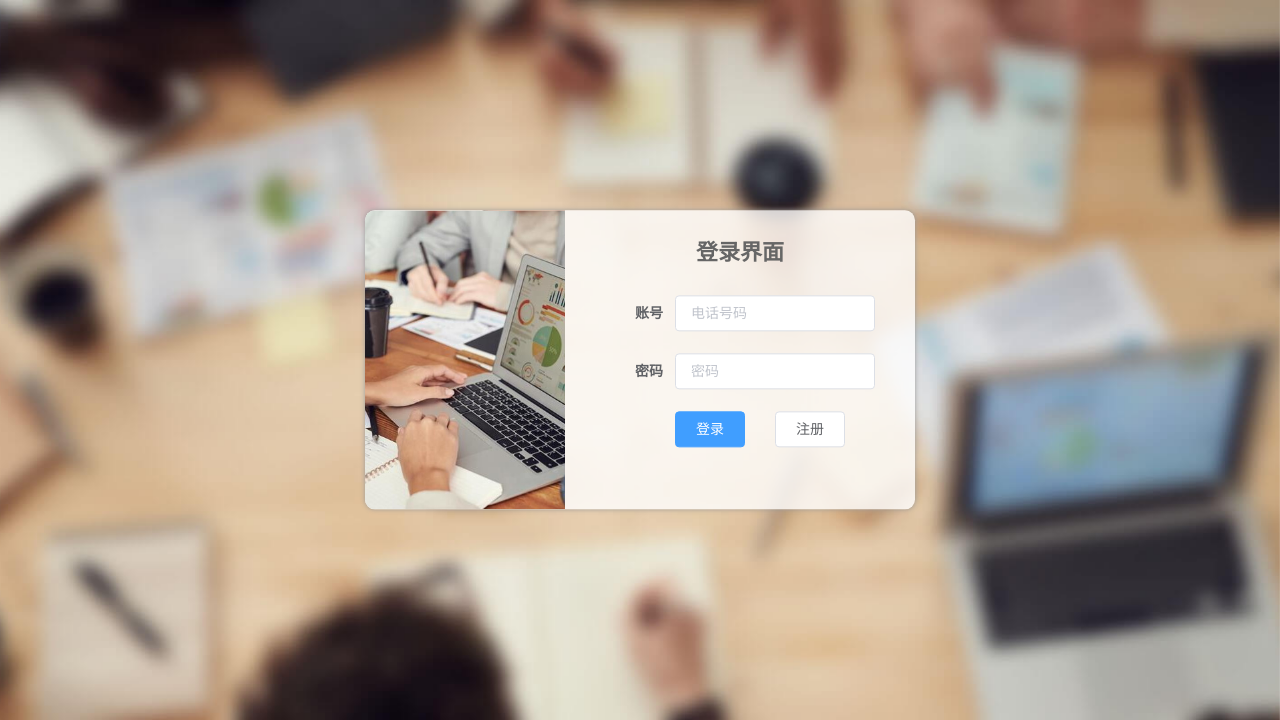
Repository: xiaoqigegeyou/water
Page: /
An editor plug-in stored every save of this project. The page is shown before and after the next save, followed by the edit.
The browser window is 1280 px wide. The pictures show the whole page.
Pictures or frames that could not be fetched are drawn as grey boxes. The project was rebuilt for these pictures with package versions that can differ from the ones it lists, and the page was loaded fresh each time. Also part of the build but not shown: vue.config.js, src/components/Breadcrumb/index.vue, src/components/Hamburger/index.vue, src/layout/components/Navbar.vue, src/layout/components/AppMain.vue, src/layout/components/index.js, src/layout/mixin/ResizeHandler.js, src/layout/index.vue and 2 more. Imported but missing from the stored project, and not drawn on this page: src/layout/components/Sidebar.

Above is the page before, as saved 2021-02-19 17:01:44.

### src/styles/index.scss
@import './variables.scss';
@import './mixin.scss';
@import './transition.scss';
@import './element-ui.scss';
@import './sidebar.scss';

body {
  height: 100%;
  -moz-osx-font-smoothing: grayscale;
  -webkit-font-smoothing: antialiased;
  text-rendering: optimizeLegibility;
  font-family: Helvetica Neue, Helvetica, PingFang SC, Hiragino Sans GB, Microsoft YaHei, Arial, sans-serif;
}

label {
  font-weight: 700;
}

html {
  height: 100%;
  box-sizing: border-box;
}

#app {
  height: 100%;
}

*,
*:before,
*:after {
  box-sizing: inherit;
}

a:focus,
a:active {
  outline: none;
}

a,
a:focus,
a:hover {
  cursor: pointer;
  color: inherit;
  text-decoration: none;
}

div:focus {
  outline: none;
}

.clearfix {
  &:after {
    visibility: hidden;
    display: block;
    font-size: 0;
    content: " ";
    clear: both;
    height: 0;
  }
}

// main-container global css
.app-container {
  padding: 20px;
}

### src/router/index.js
import Vue from 'vue'
import Router from 'vue-router'

Vue.use(Router)

/* Layout */
import Layout from '@/layout'

/**
 * Note: sub-menu only appear when route children.length >= 1
 * Detail see: https://panjiachen.github.io/vue-element-admin-site/guide/essentials/router-and-nav.html
 *
 * hidden: true                   if set true, item will not show in the sidebar(default is false)
 * alwaysShow: true               if set true, will always show the root menu
 *                                if not set alwaysShow, when item has more than one children route,
 *                                it will becomes nested mode, otherwise not show the root menu
 * redirect: noRedirect           if set noRedirect will no redirect in the breadcrumb
 * name:'router-name'             the name is used by <keep-alive> (must set!!!)
 * meta : {
    roles: ['admin','editor']    control the page roles (you can set multiple roles)
    title: 'title'               the name show in sidebar and breadcrumb (recommend set)
    icon: 'svg-name'/'el-icon-x' the icon show in the sidebar
    breadcrumb: false            if set false, the item will hidden in breadcrumb(default is true)
    activeMenu: '/example/list'  if set path, the sidebar will highlight the path you set
  }
 */

/**
 * constantRoutes
 * a base page that does not have permission requirements
 * all roles can be accessed
 */
export const constantRoutes = [
  {
    path: '/login',
    component: () => import('@/views/login/login'),
    hidden: true
  },
  {
    path: '/register',
    component: () => import('@/views/login/register'),
    hidden: true
  },
  {
    path: '/404',
    component: () => import('@/views/404'),
    hidden: true
  },

  {
    path: '/',
    component: Layout,
    redirect: '/dashboard',
    children: [{
      path: 'dashboard',
      name: 'Dashboard',
      component: () => import('@/views/dashboard/index'),
      meta: { title: 'Dashboard', icon: 'dashboard' }
    }]
  },

  {
    path: '/example',
    component: Layout,
    redirect: '/example/table',
    name: 'Example',
    meta: { title: 'Example', icon: 'el-icon-s-help' },
    children: [
      {
        path: 'table',
        name: 'Table',
        component: () => import('@/views/table/index'),
        meta: { title: 'Table', icon: 'table' }
      },
      {
        path: 'tree',
        name: 'Tree',
        component: () => import('@/views/tree/index'),
        meta: { title: 'Tree', icon: 'tree' }
      }
    ]
  },

  {
    path: '/form',
    component: Layout,
    children: [
      {
        path: 'index',
        name: 'Form',
        component: () => import('@/views/form/index'),
        meta: { title: 'Form', icon: 'form' }
      }
    ]
  },

  {
    path: '/nested',
    component: Layout,
    redirect: '/nested/menu1',
    name: 'Nested',
    meta: {
      title: 'Nested',
      icon: 'nested'
    },
    children: [
      {
        path: 'menu1',
        component: () => import('@/views/nested/menu1/index'), // Parent router-view
        name: 'Menu1',
        meta: { title: 'Menu1' },
        children: [
          {
            path: 'menu1-1',
            component: () => import('@/views/nested/menu1/menu1-1'),
            name: 'Menu1-1',
            meta: { title: 'Menu1-1' }
          },
          {
            path: 'menu1-2',
            component: () => import('@/views/nested/menu1/menu1-2'),
            name: 'Menu1-2',
            meta: { title: 'Menu1-2' },
            children: [
              {
                path: 'menu1-2-1',
                component: () => import('@/views/nested/menu1/menu1-2/menu1-2-1'),
                name: 'Menu1-2-1',
                meta: { title: 'Menu1-2-1' }
              },
              {
                path: 'menu1-2-2',
                component: () => import('@/views/nested/menu1/menu1-2/menu1-2-2'),
                name: 'Menu1-2-2',
                meta: { title: 'Menu1-2-2' }
              }
            ]
          },
          {
            path: 'menu1-3',
            component: () => import('@/views/nested/menu1/menu1-3'),
            name: 'Menu1-3',
            meta: { title: 'Menu1-3' }
          }
        ]
      },
      {
        path: 'menu2',
        component: () => import('@/views/nested/menu2/index'),
        name: 'Menu2',
        meta: { title: 'menu2' }
      }
    ]
  },

  {
    path: 'external-link',
    component: Layout,
    children: [
      {
        path: 'https://panjiachen.github.io/vue-element-admin-site/#/',
        meta: { title: 'External Link', icon: 'link' }
      }
    ]
  },

  // 404 page must be placed at the end !!!
  { path: '*', redirect: '/404', hidden: true }
]

const createRouter = () => new Router({
  mode: 'history', // require service support
  scrollBehavior: () => ({ y: 0 }),
  routes: constantRoutes
})

const router = createRouter()

// Detail see: https://github.com/vuejs/vue-router/issues/1234#issuecomment-357941465
export function resetRouter() {
  const newRouter = createRouter()
  router.matcher = newRouter.matcher // reset router
}

export default router

### src/permission.js
import router from './router'
import store from './store'
import { Message } from 'element-ui'
import NProgress from 'nprogress' // progress bar
import 'nprogress/nprogress.css' // progress bar style
import { getToken } from '@/utils/auth' // get token from cookie
import getPageTitle from '@/utils/get-page-title'

NProgress.configure({ showSpinner: false }) // NProgress Configuration

const whiteList = ['/login'] // no redirect whitelist

router.beforeEach(async(to, from, next) => {
  // start progress bar
  NProgress.start()

  // set page title
  document.title = getPageTitle(to.meta.title)

  // determine whether the user has logged in
  const hasToken = getToken()

  if (hasToken) {
    if (to.path === '/login') {
      // if is logged in, redirect to the home page
      next({ path: '/' })
      NProgress.done()
    } else {
      const hasGetUserInfo = store.getters.name
      if (hasGetUserInfo) {
        next()
      } else {
        try {
          // get user info
          await store.dispatch('user/getInfo')

          next()
        } catch (error) {
          // remove token and go to login page to re-login
          await store.dispatch('user/resetToken')
          Message.error(error || 'Has Error')
          next(`/login?redirect=${to.path}`)
          NProgress.done()
        }
      }
    }
  } else {
    /* has no token*/

    if (whiteList.indexOf(to.path) !== -1) {
      // in the free login whitelist, go directly
      next()
    } else {
      // other pages that do not have permission to access are redirected to the login page.
      next(`/login?redirect=${to.path}`)
      NProgress.done()
    }
  }
})

router.afterEach(() => {
  // finish progress bar
  NProgress.done()
})

### src/styles/transition.scss
// global transition css

/* fade */
.fade-enter-active,
.fade-leave-active {
  transition: opacity 0.28s;
}

.fade-enter,
.fade-leave-active {
  opacity: 0;
}

/* fade-transform */
.fade-transform-leave-active,
.fade-transform-enter-active {
  transition: all .5s;
}

.fade-transform-enter {
  opacity: 0;
  transform: translateX(-30px);
}

.fade-transform-leave-to {
  opacity: 0;
  transform: translateX(30px);
}

/* breadcrumb transition */
.breadcrumb-enter-active,
.breadcrumb-leave-active {
  transition: all .5s;
}

.breadcrumb-enter,
.breadcrumb-leave-active {
  opacity: 0;
  transform: translateX(20px);
}

.breadcrumb-move {
  transition: all .5s;
}

.breadcrumb-leave-active {
  position: absolute;
}

### src/styles/sidebar.scss
#app {

  .main-container {
    min-height: 100%;
    transition: margin-left .28s;
    margin-left: $sideBarWidth;
    position: relative;
  }

  .sidebar-container {
    transition: width 0.28s;
    width: $sideBarWidth !important;
    background-color: $menuBg;
    height: 100%;
    position: fixed;
    font-size: 0px;
    top: 0;
    bottom: 0;
    left: 0;
    z-index: 1001;
    overflow: hidden;

    // reset element-ui css
    .horizontal-collapse-transition {
      transition: 0s width ease-in-out, 0s padding-left ease-in-out, 0s padding-right ease-in-out;
    }

    .scrollbar-wrapper {
      overflow-x: hidden !important;
    }

    .el-scrollbar__bar.is-vertical {
      right: 0px;
    }

    .el-scrollbar {
      height: 100%;
    }

    &.has-logo {
      .el-scrollbar {
        height: calc(100% - 50px);
      }
    }

    .is-horizontal {
      display: none;
    }

    a {
      display: inline-block;
      width: 100%;
      overflow: hidden;
    }

    .svg-icon {
      margin-right: 16px;
    }

    .sub-el-icon {
      margin-right: 12px;
      margin-left: -2px;
    }

    .el-menu {
      border: none;
      height: 100%;
      width: 100% !important;
    }

    // menu hover
    .submenu-title-noDropdown,
    .el-submenu__title {
      &:hover {
        background-color: $menuHover !important;
      }
    }

    .is-active>.el-submenu__title {
      color: $subMenuActiveText !important;
    }

    & .nest-menu .el-submenu>.el-submenu__title,
    & .el-submenu .el-menu-item {
      min-width: $sideBarWidth !important;
      background-color: $subMenuBg !important;

      &:hover {
        background-color: $subMenuHover !important;
      }
    }
  }

  .hideSidebar {
    .sidebar-container {
      width: 54px !important;
    }

    .main-container {
      margin-left: 54px;
    }

    .submenu-title-noDropdown {
      padding: 0 !important;
      position: relative;

      .el-tooltip {
        padding: 0 !important;

        .svg-icon {
          margin-left: 20px;
        }

        .sub-el-icon {
          margin-left: 19px;
        }
      }
    }

    .el-submenu {
      overflow: hidden;

      &>.el-submenu__title {
        padding: 0 !important;

        .svg-icon {
          margin-left: 20px;
        }

        .sub-el-icon {
          margin-left: 19px;
        }

        .el-submenu__icon-arrow {
          display: none;
        }
      }
    }

    .el-menu--collapse {
      .el-submenu {
        &>.el-submenu__title {
          &>span {
            height: 0;
            width: 0;
            overflow: hidden;
            visibility: hidden;
            display: inline-block;
          }
        }
      }
    }
  }

  .el-menu--collapse .el-menu .el-submenu {
    min-width: $sideBarWidth !important;
  }

  // mobile responsive
  .mobile {
    .main-container {
      margin-left: 0px;
    }

    .sidebar-container {
      transition: transform .28s;
      width: $sideBarWidth !important;
    }

    &.hideSidebar {
      .sidebar-container {
        pointer-events: none;
        transition-duration: 0.3s;
        transform: translate3d(-$sideBarWidth, 0, 0);
      }
    }
  }

  .withoutAnimation {

    .main-container,
    .sidebar-container {
      transition: none;
    }
  }
}

// when menu collapsed
.el-menu--vertical {
  &>.el-menu {
    .svg-icon {
      margin-right: 16px;
    }
    .sub-el-icon {
      margin-right: 12px;
      margin-left: -2px;
    }
  }

  .nest-menu .el-submenu>.el-submenu__title,
  .el-menu-item {
    &:hover {
      // you can use $subMenuHover
      background-color: $menuHover !important;
    }
  }

  // the scroll bar appears when the subMenu is too long
  >.el-menu--popup {
    max-height: 100vh;
    overflow-y: auto;

    &::-webkit-scrollbar-track-piece {
      background: #d3dce6;
    }

    &::-webkit-scrollbar {
      width: 6px;
    }

    &::-webkit-scrollbar-thumb {
      background: #99a9bf;
      border-radius: 20px;
    }
  }
}

### src/store/modules/app.js
import Cookies from 'js-cookie'

const state = {
  sidebar: {
    opened: Cookies.get('sidebarStatus') ? !!+Cookies.get('sidebarStatus') : true,
    withoutAnimation: false
  },
  device: 'desktop'
}

const mutations = {
  TOGGLE_SIDEBAR: state => {
    state.sidebar.opened = !state.sidebar.opened
    state.sidebar.withoutAnimation = false
    if (state.sidebar.opened) {
      Cookies.set('sidebarStatus', 1)
    } else {
      Cookies.set('sidebarStatus', 0)
    }
  },
  CLOSE_SIDEBAR: (state, withoutAnimation) => {
    Cookies.set('sidebarStatus', 0)
    state.sidebar.opened = false
    state.sidebar.withoutAnimation = withoutAnimation
  },
  TOGGLE_DEVICE: (state, device) => {
    state.device = device
  }
}

const actions = {
  toggleSideBar({ commit }) {
    commit('TOGGLE_SIDEBAR')
  },
  closeSideBar({ commit }, { withoutAnimation }) {
    commit('CLOSE_SIDEBAR', withoutAnimation)
  },
  toggleDevice({ commit }, device) {
    commit('TOGGLE_DEVICE', device)
  }
}

export default {
  namespaced: true,
  state,
  mutations,
  actions
}

### src/store/modules/user.js
import { login, logout, getInfo } from '@/api/user'
import { getToken, setToken, removeToken } from '@/utils/auth'
import { resetRouter } from '@/router'

const getDefaultState = () => {
  return {
    token: getToken(),
    name: '',
    avatar: ''
  }
}

const state = getDefaultState()

const mutations = {
  RESET_STATE: (state) => {
    Object.assign(state, getDefaultState())
  },
  SET_TOKEN: (state, token) => {
    state.token = token
  },
  SET_NAME: (state, name) => {
    state.name = name
  },
  SET_AVATAR: (state, avatar) => {
    state.avatar = avatar
  }
}

const actions = {
  // user login
  login({ commit }, userInfo) {
    const { tell, pass } = userInfo
    return new Promise((resolve, reject) => {
      login({ tell, pass }).then(response => {
        const { data } = response
        commit('SET_TOKEN', data.token)
        setToken(data.token)
        resolve()
      }).catch(error => {
        reject(error)
      })
    })
  },

  // get user info
  getInfo({ commit, state }) {
    return new Promise((resolve, reject) => {
      getInfo(state.token).then(response => {
        const { data } = response

        if (!data) {
          return reject('Verification failed, please Login again.')
        }

        const { name, avatar } = data

        commit('SET_NAME', name)
        commit('SET_AVATAR', avatar)
        resolve(data)
      }).catch(error => {
        reject(error)
      })
    })
  },

  // user logout
  logout({ commit, state }) {
    return new Promise((resolve, reject) => {
      logout(state.token).then(() => {
        removeToken() // must remove  token  first
        resetRouter()
        commit('RESET_STATE')
        resolve()
      }).catch(error => {
        reject(error)
      })
    })
  },

  // remove token
  resetToken({ commit }) {
    return new Promise(resolve => {
      removeToken() // must remove  token  first
      commit('RESET_STATE')
      resolve()
    })
  }
}

export default {
  namespaced: true,
  state,
  mutations,
  actions
}

### src/views/login/login.vue

<template>
  <div>

    <div class="bg-banner" />
    <div id="login-box">
      <div class="login-banner" />
      <el-form
        :model="ruleForm"
        size="medium"
        ref="ruleForm"
        label-width="100px"
        class="demo-ruleForm"
        :label-position="labelPosition"
      >
        <div class="title-container">
          <h3 class="title">登录界面</h3>
        </div>
        <el-form-item label="账号" prop="tell">
          <el-input v-model="ruleForm.tell" placeholder="电话号码" style="width: 200px;"></el-input>
        </el-form-item>
        <el-form-item label="密码" prop="pass">
          <el-input
            type="password"
            v-model="ruleForm.pass"
            autocomplete="off"
            placeholder="密码"
            style="width: 200px;"
          ></el-input>
        </el-form-item>
        <el-form-item>
          <el-button type="primary" @click="submit" size="medium" style="margin-right:20px;">登录</el-button>

          <el-button @click="register" size="medium">注册</el-button>
        </el-form-item>
      </el-form>
    </div>
  </div>
</template>

<script>
export default {
  data() {
    return {
      labelPosition: "right",
      ruleForm: {
        tell: "",
        pass: "",
      },
    };
  },
  methods: {
    submit () {
      // if (this.ruleForm.tell === "111" && this.ruleForm.pass === "111")
      //   alert("登陆成功");
      // else alert("账号或密码错误");
      this.$store.dispatch('user/login', this.ruleForm).then(() => {
      this.$router.push("/")
      }).catch(()=>{
        alert("账号或密码错误")
      })
    },
    register () {
        this.$router.push("/register")
    },
  },
};
</script>

<style scoped>
.bg-banner {
  position: fixed;
    left: 0;
    right: 0;
    bottom: 0;
  z-index: 0;
  width: 100%;
  height: 100%;
  background-image: url(../assets/images/login-bg.jpg);
  background-size: cover;
  background-position: center center;
}
#login-box {
  display: flex;
  justify-content: space-between;
  position: absolute;
  top: 50%;
  left: 50%;
  transform: translateX(-50%) translateY(-50%);
  background: rgba(255, 255, 255, 0.8);
  border-radius: 10px;
  overflow: hidden;
  box-shadow: 0 0 5px #999;
}
.login-banner {
  width: 200px;
  background-image: url(../assets/images/login-banner.jpg);
  background-size: cover;
  background-position: center center;
}
.demo-ruleForm {
  width: 350px;
  padding: 30px 10px 40px;
  overflow: hidden;
}
.title-container {
  position: relative;
}
.title {
  font-size: 22px;
  color: #666;
  margin: 0 auto 30px;
  text-align: center;
  font-weight: bold;

}
</style>

### src/api/user.js
import request from '@/utils/request'

export function login(tell,pass) {
  return request({
    url: '/user/login',
    method: 'post',
    data:{
      tell,
      pass
    }
  })
}

export function getInfo(token) {
  return request({
    url: '/vue-admin-template/user/info',
    method: 'get',
    params: { token }
  })
}

export function logout() {
  return request({
    url: '/vue-admin-template/user/logout',
    method: 'post'
  })
}

### src/utils/request.js
import axios from 'axios'
import { MessageBox, Message } from 'element-ui'
import store from '@/store'
import { getToken } from '@/utils/auth'

// create an axios instance
const service = axios.create({
  baseURL: process.env.VUE_APP_BASE_API, // url = base url + request url
  // withCredentials: true, // send cookies when cross-domain requests
  timeout: 5000 // request timeout
})

// request interceptor
service.interceptors.request.use(
  config => {
    // do something before request is sent

    if (store.getters.token) {
      // let each request carry token
      // ['X-Token'] is a custom headers key
      // please modify it according to the actual situation
      config.headers['X-Token'] = getToken()
    }
    return config
  },
  error => {
    // do something with request error
    console.log(error) // for debug
    return Promise.reject(error)
  }
)

// response interceptor
service.interceptors.response.use(
  /**
   * If you want to get http information such as headers or status
   * Please return  response => response
  */

  /**
   * Determine the request status by custom code
   * Here is just an example
   * You can also judge the status by HTTP Status Code
   */
  response => {
    const res = response.data

    // if the custom code is not 20000, it is judged as an error.
    if (res.code !== 20000) {
      Message({
        message: res.message || 'Error',
        type: 'error',
        duration: 5 * 1000
      })

      // 50008: Illegal token; 50012: Other clients logged in; 50014: Token expired;
      if (res.code === 50008 || res.code === 50012 || res.code === 50014) {
        // to re-login
        MessageBox.confirm('You have been logged out, you can cancel to stay on this page, or log in again', 'Confirm logout', {
          confirmButtonText: 'Re-Login',
          cancelButtonText: 'Cancel',
          type: 'warning'
        }).then(() => {
          store.dispatch('user/resetToken').then(() => {
            location.reload()
          })
        })
      }
      return Promise.reject(new Error(res.message || 'Error'))
    } else {
      return res
    }
  },
  error => {
    console.log('err' + error) // for debug
    Message({
      message: error.message,
      type: 'error',
      duration: 5 * 1000
    })
    return Promise.reject(error)
  }
)

export default service

Loaded but not shown: public/index.html (common file); src/main.js (common file); src/App.vue (common file); src/store/index.js (common file); src/icons/index.js (common file); src/styles/variables.scss (common file); src/styles/mixin.scss (common file); src/styles/element-ui.scss (common file); src/store/getters.js (common file); src/store/modules/settings.js (common file); src/utils/auth.js (common file); src/utils/get-page-title.js (common file); src/settings.js (common file)

After the next save:
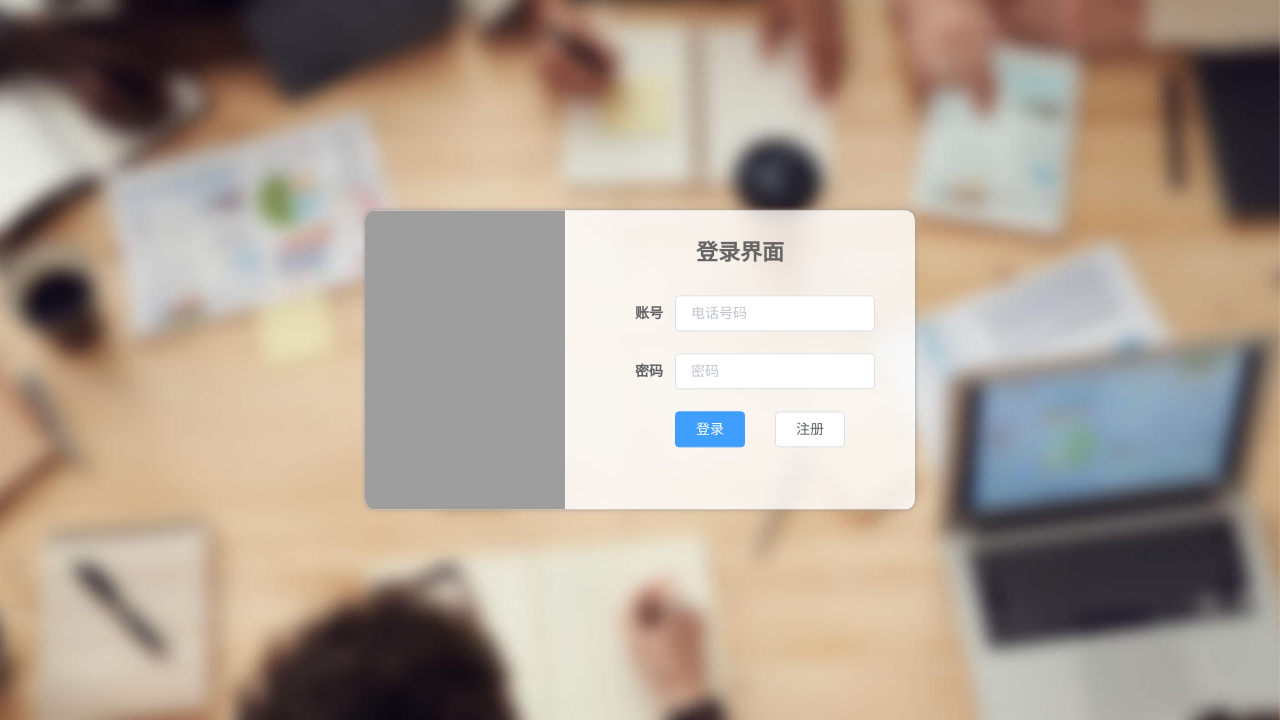
Saved 5 min 4 s later.
--- a/src/views/login/login.vue
+++ b/src/views/login/login.vue
@@ -94,7 +94,7 @@
 }
 .login-banner {
   width: 200px;
-  background-image: url(../assets/images/login-banner.jpg);
+  background-image: url(../);
   background-size: cover;
   background-position: center center;
 }

After the 2 saves that followed:
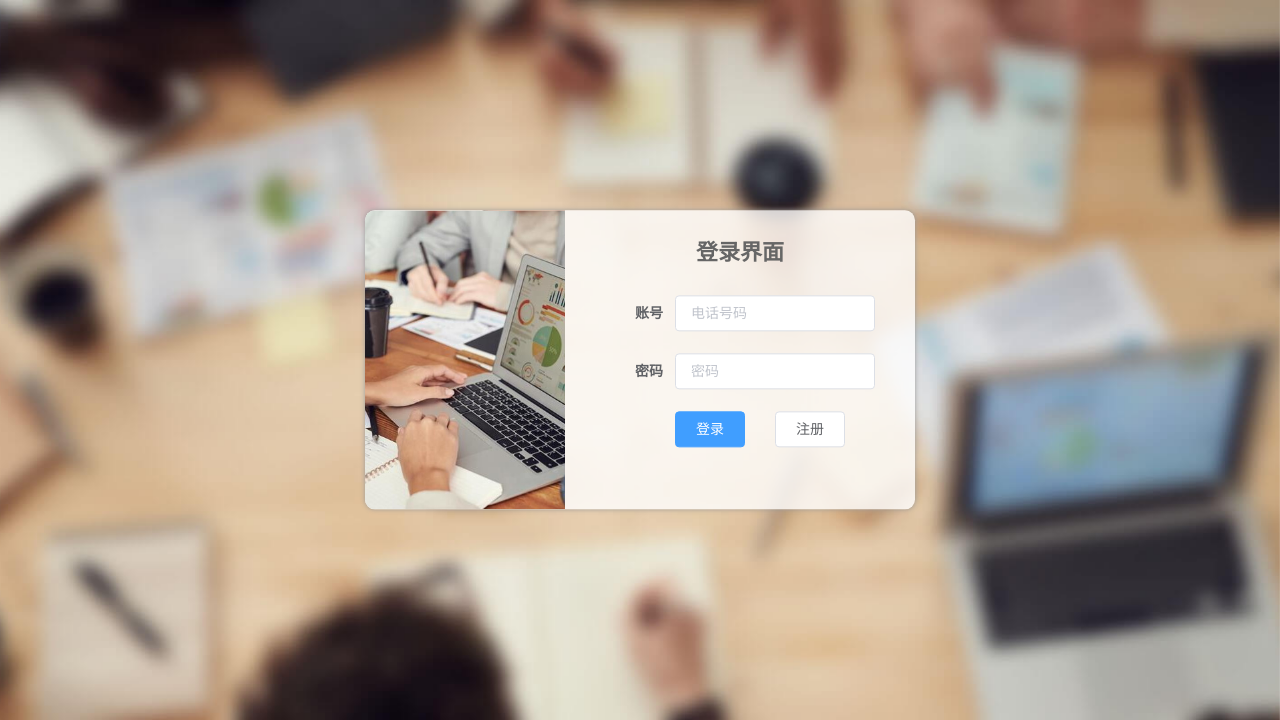
The 2 saves are shown as one change because they came seconds apart.
The last was saved 20 s later.
--- a/src/views/login/login.vue
+++ b/src/views/login/login.vue
@@ -94,7 +94,7 @@
 }
 .login-banner {
   width: 200px;
-  background-image: url(../);
+  background-image: url(../assets/images/login-banner.jpg);
   background-size: cover;
   background-position: center center;
 }
